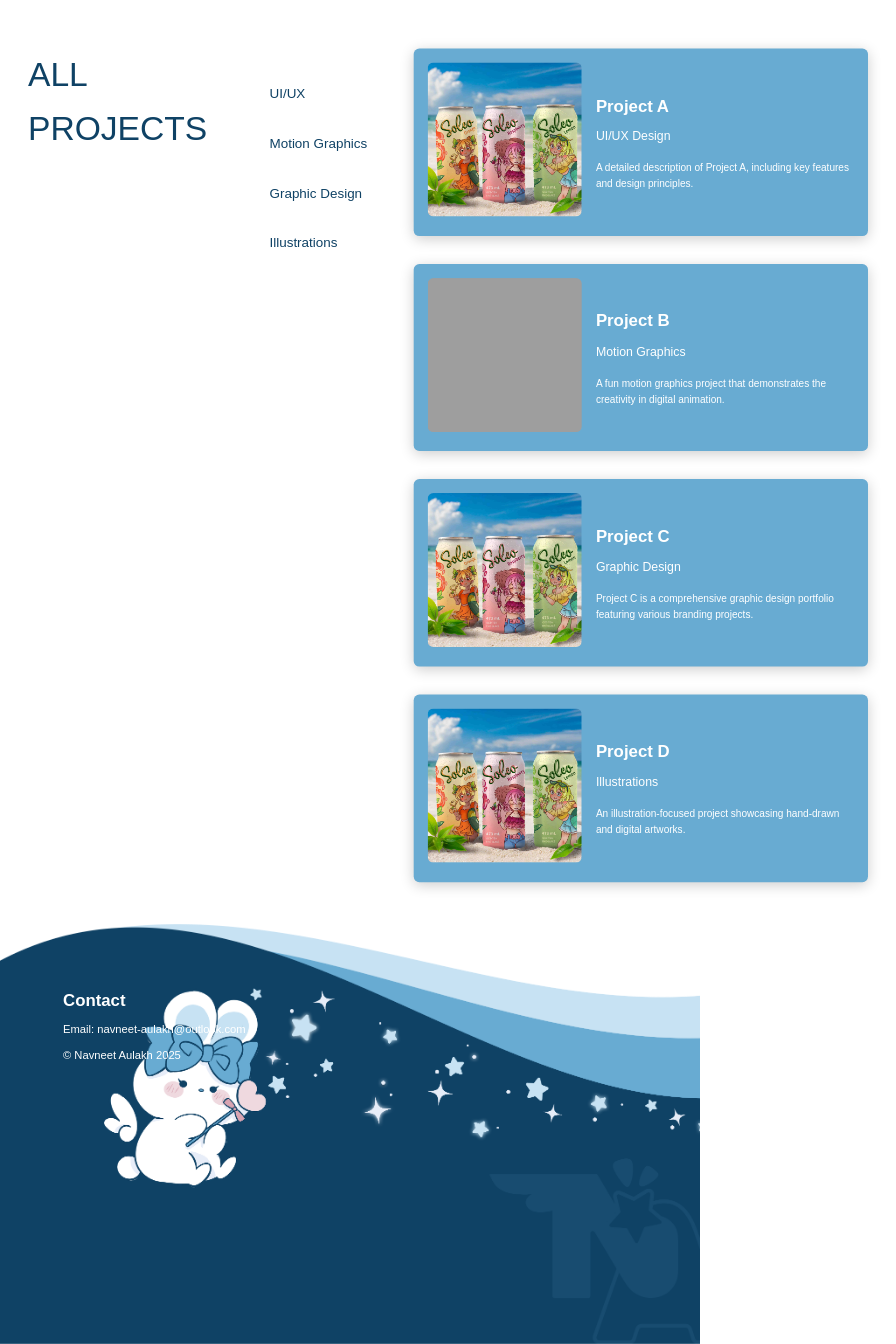
Repository: navnneett/nav-portfolio
Page: index.html
The author's editor kept a copy of each file at every save. The page is drawn from the files as they stood at one save, then again after the next save.
The browser window is 1280 px wide. The pictures show the part of the page from y = 1296 to 3216 px (the page is 3216 px tall), at 70% of full size.
Pictures or frames that could not be fetched are drawn as grey boxes.

Above is the page before, as saved 2025-02-19 13:39:51.

After the next save:
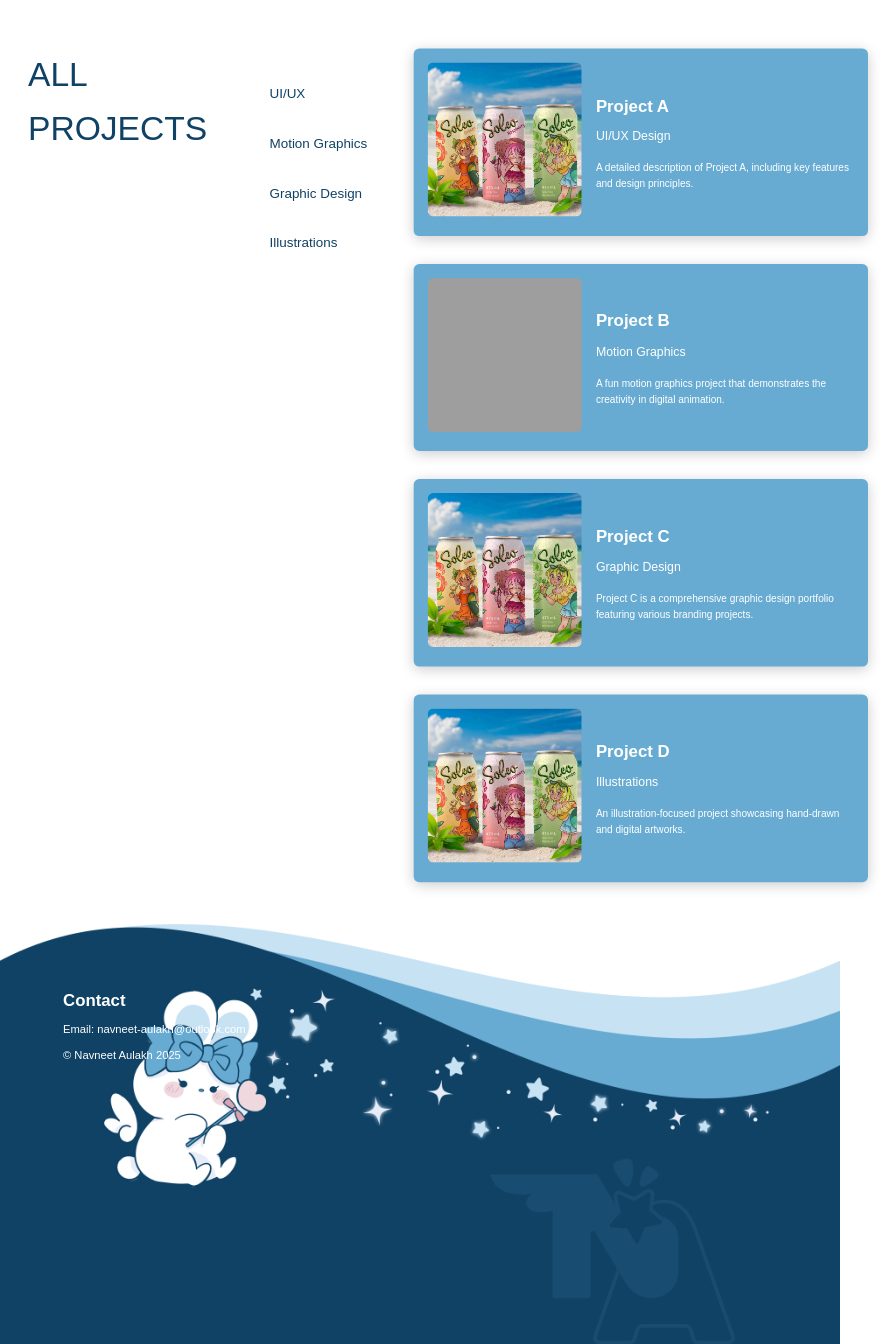
Saved 8 s later.
--- a/css/styles.css
+++ b/css/styles.css
@@ -213,7 +213,7 @@
   background-size: cover; /* Ensure the entire image is visible without stretching */
   background-repeat: no-repeat;
   color: white;
-  width: 1000px;
+  width: 1200px;
   height: 600px;
 }
 
